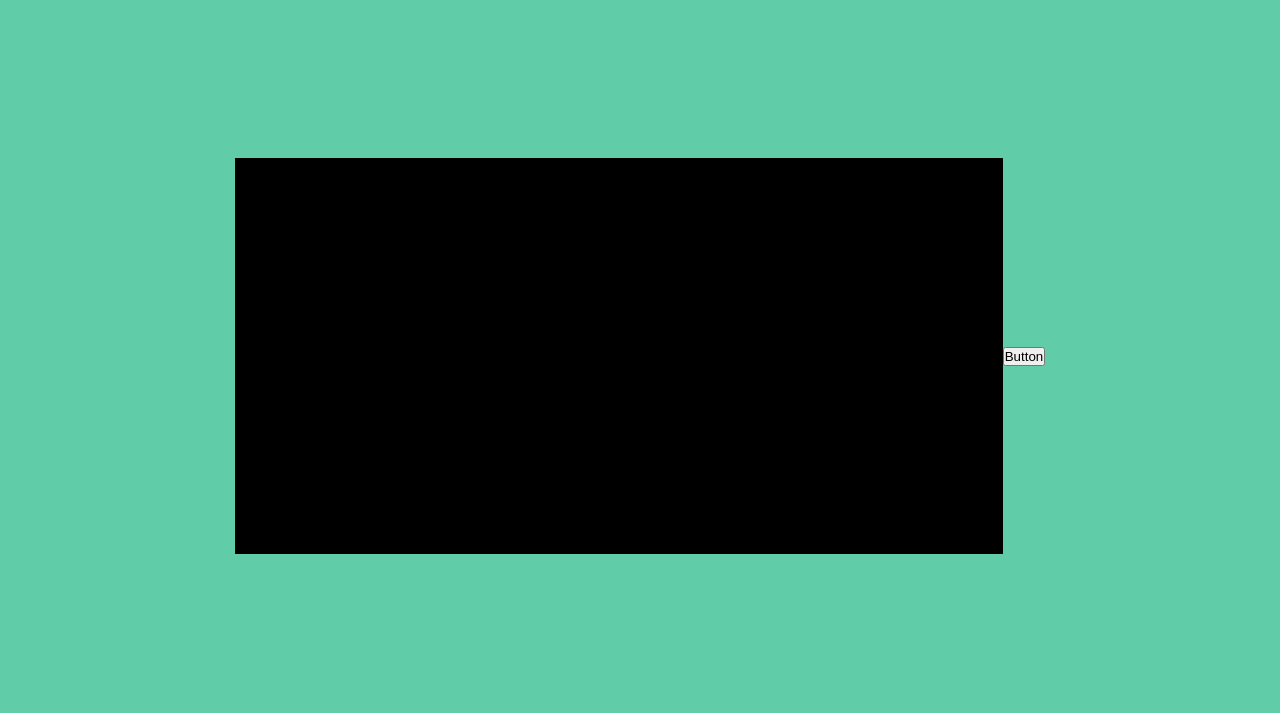
Repository: gitveerak/git-message-chat
Page: demo/demo1.html
The author's editor kept a copy of each file at every save. The page is drawn from the files as they stood at one save, then again after the next save.
The browser window is 1280 px wide. The pictures show the whole page.

Above is the page before, as saved 2025-04-20 18:08:48.

After the next save:
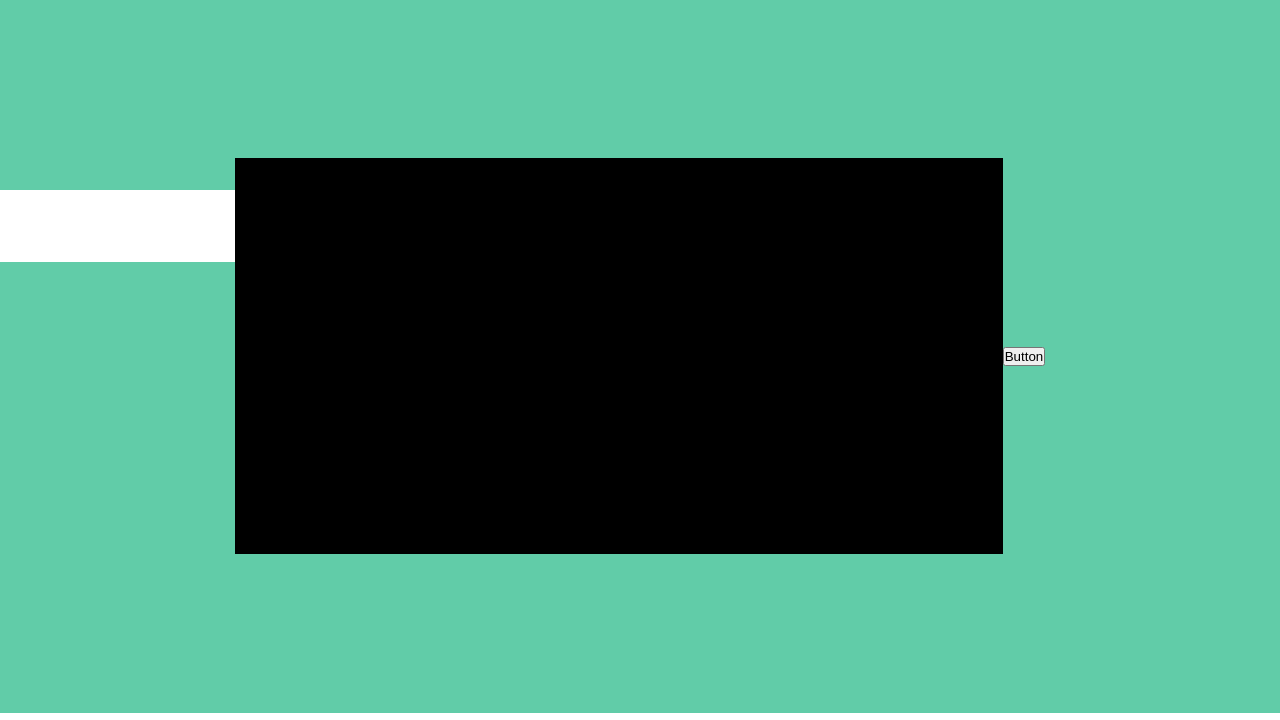
Saved 27 s later.
--- a/demo/demo1.html
+++ b/demo/demo1.html
@@ -29,6 +29,9 @@
             top: 2em;
             left: -50%;
             transform: translateX(50%);
+            width: 20vw;
+            height: 10vh;
+            background-color: white;
         }
     </style>
 </head>
